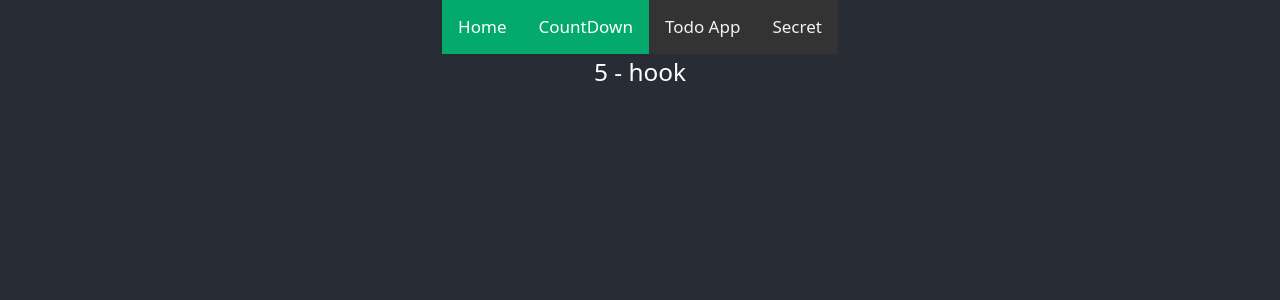
Repository: ThucSkin/React-hook-basic
Page: /countdown
An editor plug-in stored every save of this project. The page is shown before and after the next save, followed by the edit.
The browser window is 1280 px wide. The pictures show the whole page.
The project was rebuilt for these pictures with package versions that can differ from the ones it lists, and the page was loaded fresh each time. Also part of the build but not shown: src/views/Todo.js, src/views/TableApi/TableUser.scss, src/customize/Fetch.js, src/views/TableApi/TableApi.js.

Above is the page before, as saved 2023-06-11 17:14:26.

### src/App.js

import './App.css';
import Nav from './views/Nav';
import Todo from './views/Todo';
import TableApi from './views/TableApi/TableApi';
import { CountDown } from './views/CountDown/countdown';
import { Routes, Route } from 'react-router-dom'


const App = () => {
  return (
    <div className="App">
      <header className="App-header">
        <Nav />
        <Routes>
          <Route path='/' element={<TableApi />}></Route>
          <Route path='/countdown' element={<CountDown />}></Route>
          <Route path='/todo' element={<Todo />}></Route>
        </Routes>
      </header>
    </div>
  );
}

export default App;

### src/App.css
.App {
  text-align: center;
}

.App-logo {
  height: 10vmin;
  pointer-events: none;
}

@media (prefers-reduced-motion: no-preference) {
  .App-logo {
    animation: App-logo-spin infinite 20s linear;
  }
}

.App-header {
  background-color: #282c34;
  min-height: 100vh;
  display: flex;
  flex-direction: column;
  align-items: center;
  /* justify-content: center; */
  font-size: calc(10px + 2vmin);
  color: white;
}

.App-link {
  color: #61dafb;
}

@keyframes App-logo-spin {
  from {
    transform: rotate(0deg);
  }
  to {
    transform: rotate(360deg);
  }
}

### src/views/Nav.js
import { Link, NavLink } from 'react-router-dom';
import './Nav.scss'

const Nav = () => {
    return (
        <>
            <div className="topnav">
                <NavLink exact className="active" to="/">Home</NavLink>
                <NavLink to="/countdown">CountDown</NavLink>
                <NavLink to="/todo">Todo App</NavLink>
                <NavLink to="/secrect">Secret</NavLink>
            </div>
        </>
    )
}

export default Nav;

### src/views/CountDown/countdown.js
import { useState, useEffect } from "react";

const CountDown = () => {
    const [count, setCount] = useState(10)

    useEffect(() => {
        if (count === 0) {
            alert('Timed out')
            return
        }
        let timer = setInterval(() => {
            setCount(count - 1);
        }, 1000)

        return () => {
            clearInterval(timer)
        }
    }, [count])

    return (
        <div>{count} - hook</div>
    )
}

export { CountDown };

### src/views/Nav.scss
body {
    margin: 0;
    font-family: Arial, Helvetica, sans-serif;

    .topnav {
        overflow: hidden;
        background-color: #333;

        a {
            float: left;
            color: #f2f2f2;
            text-align: center;
            padding: 14px 16px;
            text-decoration: none;
            font-size: 17px;
        }

        a:hover {
            background-color: #ddd;
            color: black;
        }

        a.active {
            background-color: #04AA6D;
            color: white;
        }
    }
}

Loaded but not shown: public/index.html (common file); src/index.js (common file); src/index.css (common file); src/reportWebVitals.js (common file)

After the next save:
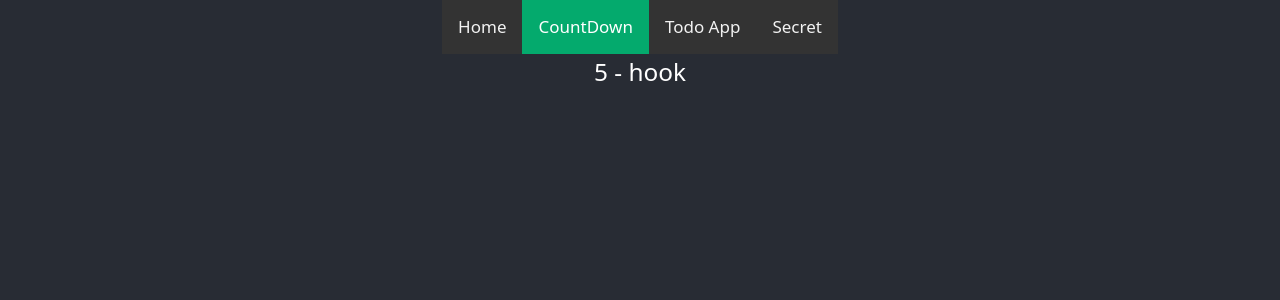
Saved 32 s later.
--- a/src/views/Nav.js
+++ b/src/views/Nav.js
@@ -5,7 +5,7 @@
     return (
         <>
             <div className="topnav">
-                <NavLink exact className="active" to="/">Home</NavLink>
+                <NavLink activeaclassName="active" to="/">Home</NavLink>
                 <NavLink to="/countdown">CountDown</NavLink>
                 <NavLink to="/todo">Todo App</NavLink>
                 <NavLink to="/secrect">Secret</NavLink>

After the 2 saves that followed:
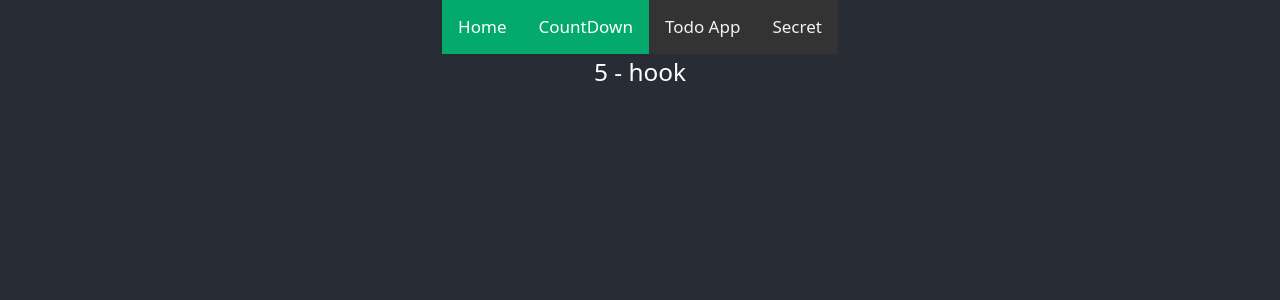
The 2 saves are shown as one change because 1 left the picture as it was.
The last was saved 44 s later.
--- a/src/views/Nav.js
+++ b/src/views/Nav.js
@@ -5,7 +5,7 @@
     return (
         <>
             <div className="topnav">
-                <NavLink activeaclassName="active" to="/">Home</NavLink>
+                <NavLink active className="active" to="/">Home</NavLink>
                 <NavLink to="/countdown">CountDown</NavLink>
                 <NavLink to="/todo">Todo App</NavLink>
                 <NavLink to="/secrect">Secret</NavLink>
